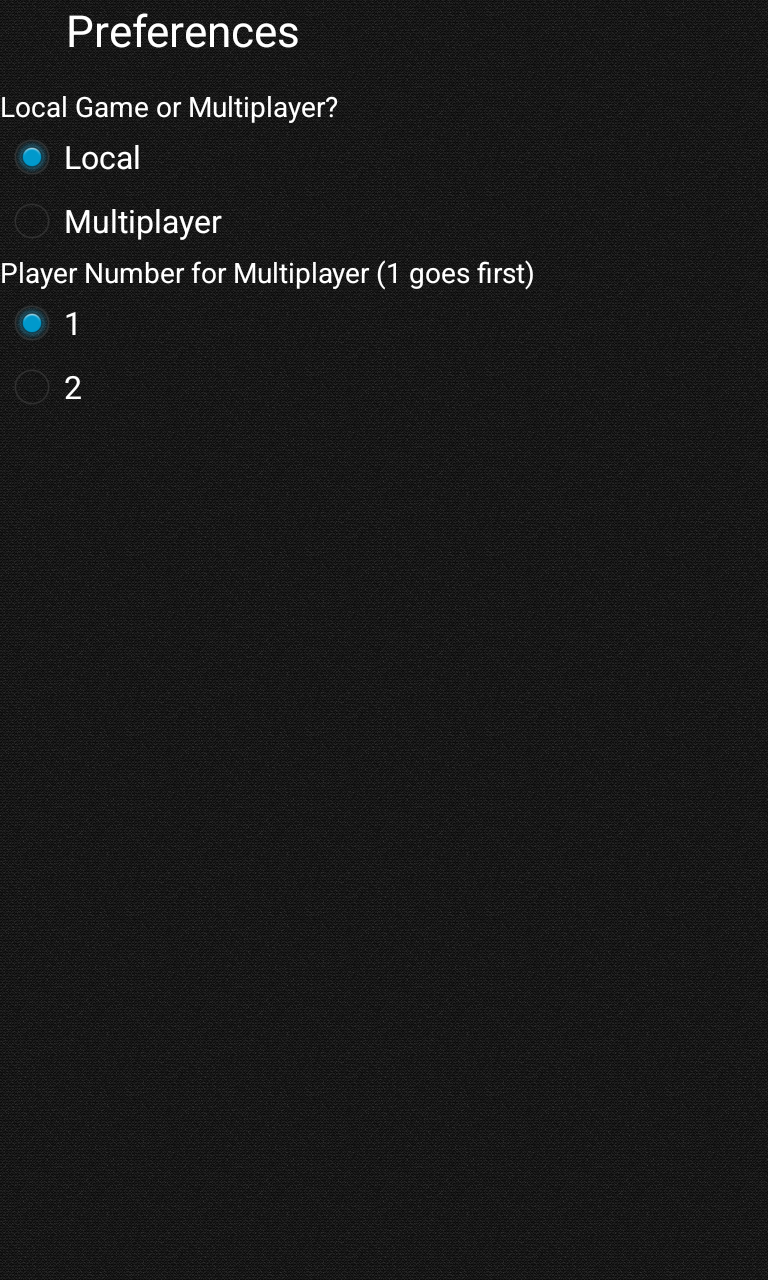
Repository: Tacohen/Killbots
Layout: Killbots/res/layout/settings.xml
The author's editor kept a copy of each file at every save. The layout is drawn from the files as they stood at one save, then again after the next save.
It is drawn on a 768 x 1280 px phone screen (xhdpi) without system bars, with theme AppTheme; the app's code is not run.

Above is the layout before, as saved 2013-12-15 20:15:27.

After the next save:
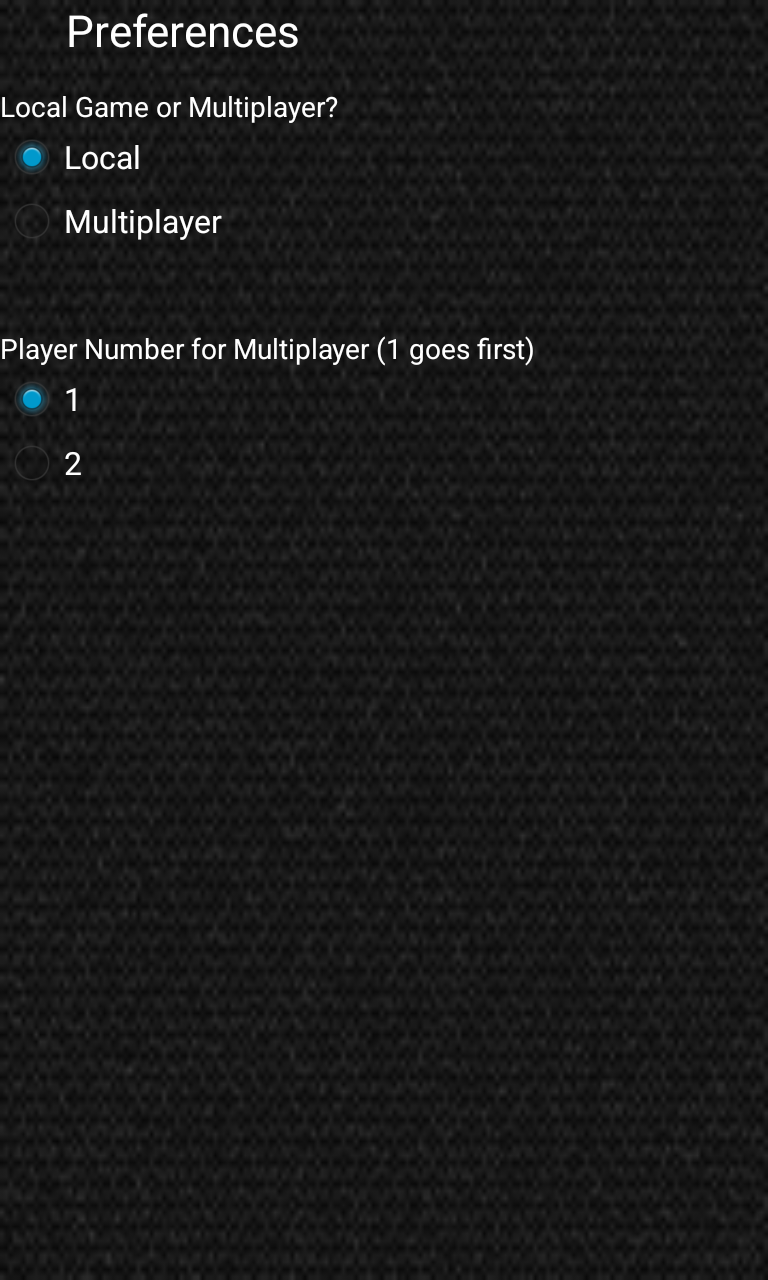
Saved 71 min 23 s later.
--- a/Killbots/res/layout/settings.xml
+++ b/Killbots/res/layout/settings.xml
@@ -1,8 +1,14 @@
 <?xml version="1.0" encoding="utf-8"?>
-<RelativeLayout xmlns:android="http://schemas.android.com/apk/res/android"
-    android:layout_width="match_parent"
-    android:layout_height="match_parent"
-    android:background="@drawable/binding_dark_tiled">
+<ScrollView xmlns:android="http://schemas.android.com/apk/res/android"
+    android:layout_width="fill_parent"
+    android:layout_height="fill_parent"
+    android:background="@drawable/binding_dark"
+    >
+	<LinearLayout
+    	android:orientation="vertical"
+    	android:layout_width="fill_parent"
+    	android:layout_height="fill_parent"
+        android:stretchColumns="1">
 
     <TextView
         android:id="@+id/preferencesIntroText"
@@ -93,6 +99,5 @@
             android:text="2" />
 
     </RadioGroup>
-
-
-</RelativeLayout>
+</LinearLayout>
+</ScrollView>
